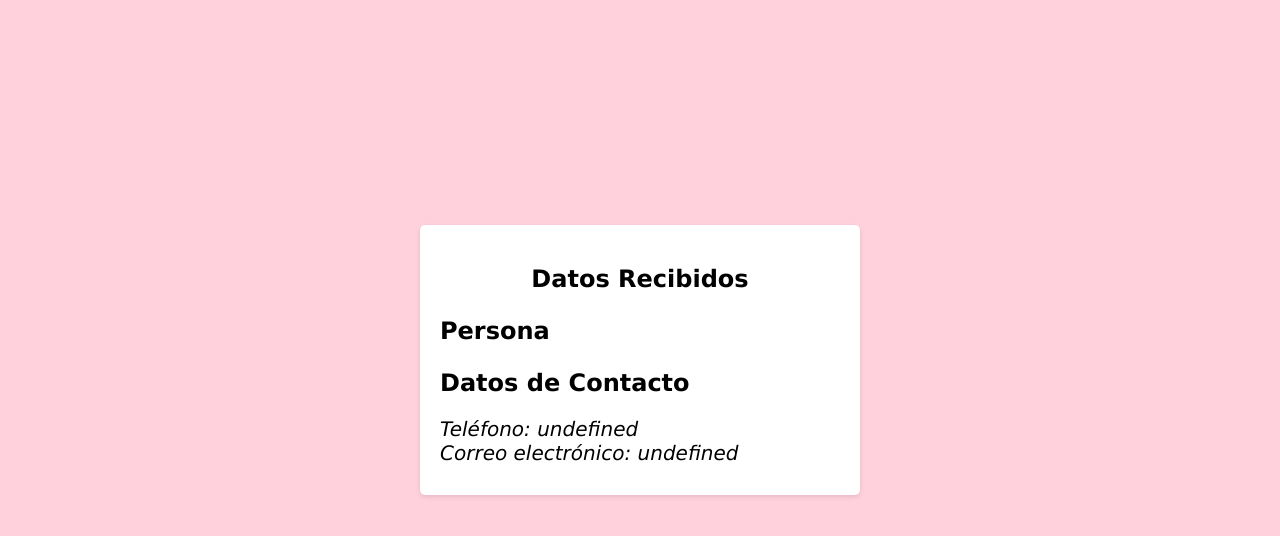
Repository: UVMCoyoacan/InnovaWeb
Page: recibedatosCV.html
An editor plug-in stored every save of this project. The page is shown before and after the next save, followed by the edit.
The browser window is 1280 px wide. The pictures show the whole page.

Above is the page before, as saved 2024-03-01 11:59:03.

### recibedatosCV.html
<!DOCTYPE html>
<html>
<head>
    <title>Recibe Datos</title>
    <style>
        body {
            font-family:'Lucida Sans', 'Lucida Sans Regular', 'Lucida Grande', 'Lucida Sans Unicode', Geneva, Verdana, sans-serif;
            background-color: #ffd1dc;
            margin: 0;
            padding: 0;
            display: flex;
            justify-content: center;
            align-items: center;
            height: 100vh;
        }
        .container {
            width: 400px;
            padding: 20px;
            background-color: #fff;
            border-radius: 5px;
            box-shadow: 0 2px 5px rgba(0, 0, 0, 0.1);
        }
        h2 {
            margin-bottom: 20px;
            text-align: center;
        }
        h3 {
            font-size: 1.5em;
            color:black;
            margin-bottom: 10px;
        }
        p {
            margin-bottom: 10px;
        }
        .dato {
            font-style: italic;
            color: black;
            font-size: 20px;
        }
    </style>
</head>
<body>
    <div class="container">
        <h2>Datos Recibidos</h2>

        <h3>Persona</h3>
        <p class="dato" id="Persona"></p>

        <h3>Datos de Contacto</h3>
        <p class="dato" id="Detalles"></p>
    </div>

    <script>
        function getUrlVars() {
            var vars = {};
            var parts = window.location.href.replace(/[?&]+([^=&]+)=([^&]*)/gi, function (m, key, value) {
                vars[key] = decodeURIComponent(value.replace(/\+/g, ' '));
            });
            return vars;
        }

        var params = getUrlVars();
        var nombre = params["nombre"];
        var telefono = params["telefono"];
        var correo = params["email"];

        var nomper = document.getElementById("Persona");
        var datPers = document.getElementById("Detalles");
        nomper.textContent = nombre;
        datPers.innerHTML = "Teléfono: " + telefono + "<br>Correo electrónico: " + correo;
    </script>
</body>
</html>

After the next save:
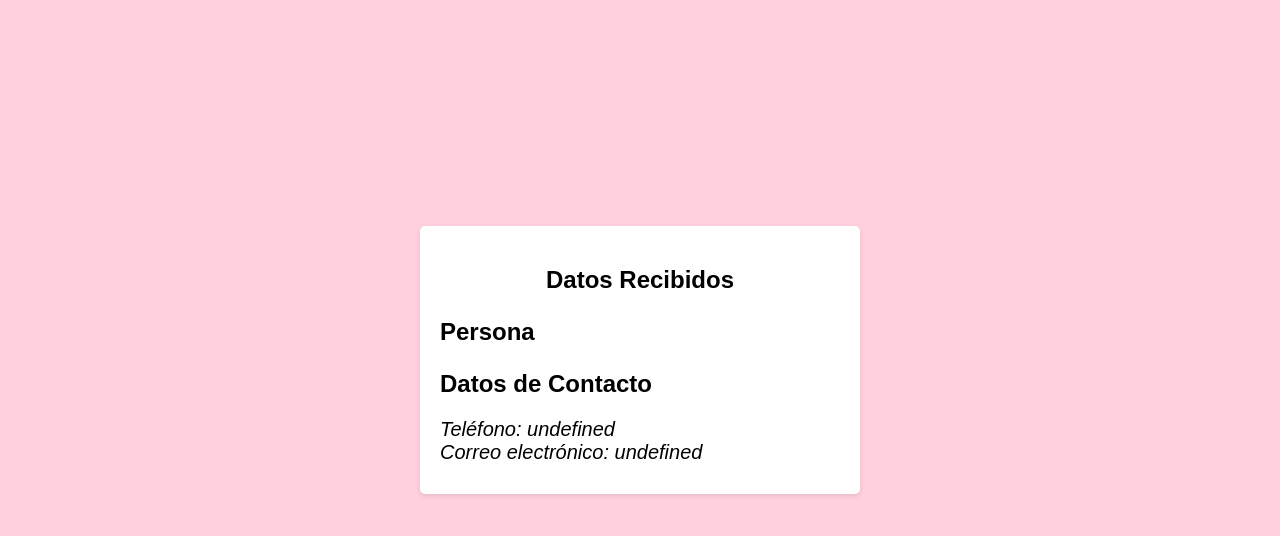
Saved 46 s later.
--- a/recibedatosCV.html
+++ b/recibedatosCV.html
@@ -4,7 +4,7 @@
     <title>Recibe Datos</title>
     <style>
         body {
-            font-family:'Lucida Sans', 'Lucida Sans Regular', 'Lucida Grande', 'Lucida Sans Unicode', Geneva, Verdana, sans-serif;
+            font-family: Arial, Helvetica, sans-serif;
             background-color: #ffd1dc;
             margin: 0;
             padding: 0;
